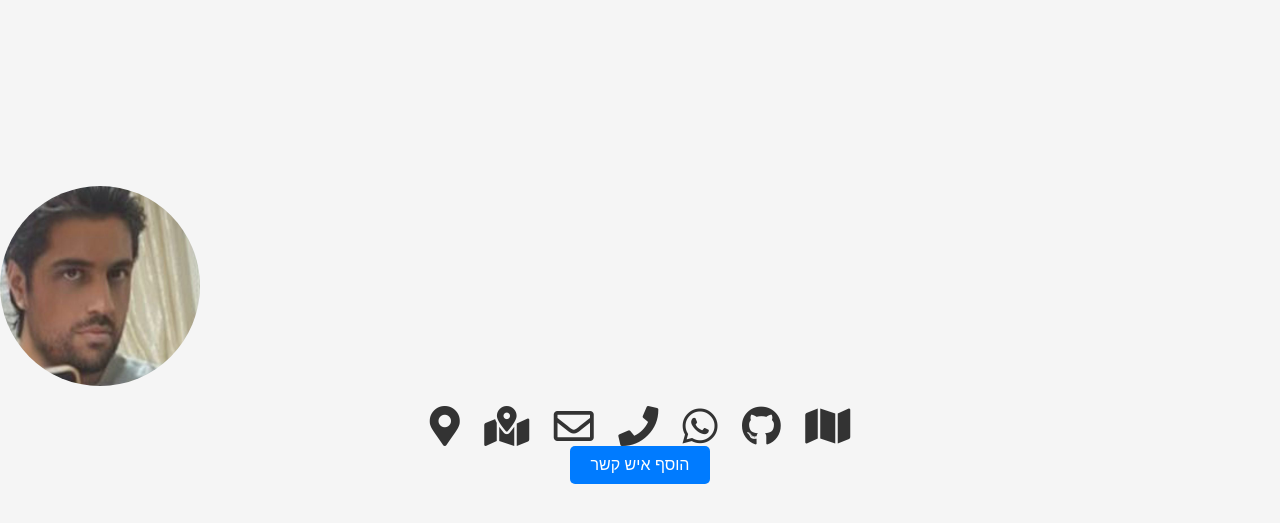
Repository: RL20/Business-Card
Page: index.html
An editor plug-in stored every save of this project. The page is shown before and after the next save, followed by the edit.
The browser window is 1280 px wide. The pictures show the whole page.

Above is the page before, as saved 2024-05-15 03:31:06.

### index.html
<!DOCTYPE html>
<html lang="en">
  <head>
    <meta charset="UTF-8" />
    <meta name="viewport" content="width=device-width, initial-scale=1.0" />
    <title>Contact Information</title>
    <link rel="stylesheet" href="https://cdnjs.cloudflare.com/ajax/libs/font-awesome/5.15.4/css/all.min.css" />
    <style>
      body {
        font-family: Arial, sans-serif;
        margin: 0;
        padding: 0;
        background-color: #f5f5f5;
        display: flex;
        flex-direction: column;
        /* justify-content: space-between; */
        justify-content: center;
        min-height: 100vh;
      }
      .icons {
        text-align: center;
        margin-top: 20px;
      }
      .icons i {
        font-size: 2.5rem;
        margin: 0 10px;
        color: #333;
        transition: color 0.3s;
      }
      .icons i:hover {
        color: gold;
      }
      .button-container {
        text-align: center;
        margin-bottom: 50px;
      }
      .button {
        background-color: #007bff;
        color: #fff;
        border: none;
        padding: 10px 20px;
        border-radius: 5px;
        cursor: pointer;
        font-size: 1rem;
        transition: background-color 0.3s;
      }
      .button:hover {
        background-color: #0056b3;
      }
      .profile-img {
        width: 200px;
        height: 200px;
        overflow: hidden;
        border-radius: 50%;
        display: flex;
        justify-content: center;
        align-items: center;
      }

      .profile-img img {
        width: 100%;
        height: 100%;
        object-fit: cover;
      }
    </style>
  </head>
  <body>
    <div class="profile-img">
      <img src="./RLS.png" alt="Profile Image" />
    </div>

    <div class="icons">
      <a href="https://www.waze.com/ul?q=חטיבת הנחל 16 חדרה" target="_blank"><i class="fas fa-map-marker-alt"></i></a>
      <a href="https://www.google.com/maps?q=חטיבת הנחל 16 חדרה" target="_blank"
        ><i class="fas fa-map-marked-alt"></i
      ></a>
      <a href="mailto:harel_shalom@yahoo.com"><i class="far fa-envelope"></i></a>
      <a href="tel:0526966833"><i class="fas fa-phone"></i></a>
      <a href="https://wa.me/972526966833" target="_blank"><i class="fab fa-whatsapp"></i></a>
      <a href="https://github.com/RL20" target="_blank"><i class="fab fa-github"></i></a>
      <a href="#" onclick="openNavigationApp(); return false;"><i class="fas fa-map"></i></a>
    </div>
    <div class="button-container">
      <button class="button" onclick="downloadVCard()">הוסף איש קשר</button>
    </div>

    <script>
      function openNavigationApp() {
        var app = prompt("באיזו אפליקציה תרצה לפתוח את הניווט?\n1. וויז\n2. גוגל מפות");
        var address = encodeURI("חטיבת הנחל 16 חדרה");
        if (app === "1") {
          window.location.href = "https://www.waze.com/ul?q=" + address;
        } else if (app === "2") {
          window.location.href = "https://www.google.com/maps?q=" + address;
        } else {
          alert("אנא בחר אפליקציה חוקית.");
        }
      }

      function downloadVCard() {
        var contactName = "_RLS_הראל שלום";
        var phoneNumber = "0526966833";
        var email = "harel_shalom@yahoo.com";
        var address = 'חטיבת הנח"ל 16, חדרה';
        var website = "https://rl20.github.io/Bussines-Card/";
        var title = "RLS פיתוח תוכנה";
        var photoURL = "https://raw.githubusercontent.com/RL20/Bussines-Card/main/RLS.png";

        var vCardData =
          "BEGIN:VCARD\n" +
          "VERSION:3.0\n" +
          "FN:" +
          contactName +
          "\n" +
          "TEL;TYPE=CELL:" +
          phoneNumber +
          "\n" +
          "EMAIL:" +
          email +
          "\n" +
          "ADR;TYPE=HOME:" +
          address +
          "\n" +
          "URL:" +
          website +
          "\n" +
          "TITLE:" +
          title +
          "\n" +
          "PHOTO;VALUE=URL:" +
          photoURL +
          "\n" +
          "END:VCARD";

        var blob = new Blob([vCardData], { type: "text/vcard" });
        var url = window.URL.createObjectURL(blob);
        var a = document.createElement("a");
        a.href = url;
        a.download = "contact.vcf";
        document.body.appendChild(a);
        a.click();
        document.body.removeChild(a);
      }
    </script>
  </body>
</html>

After the next save:
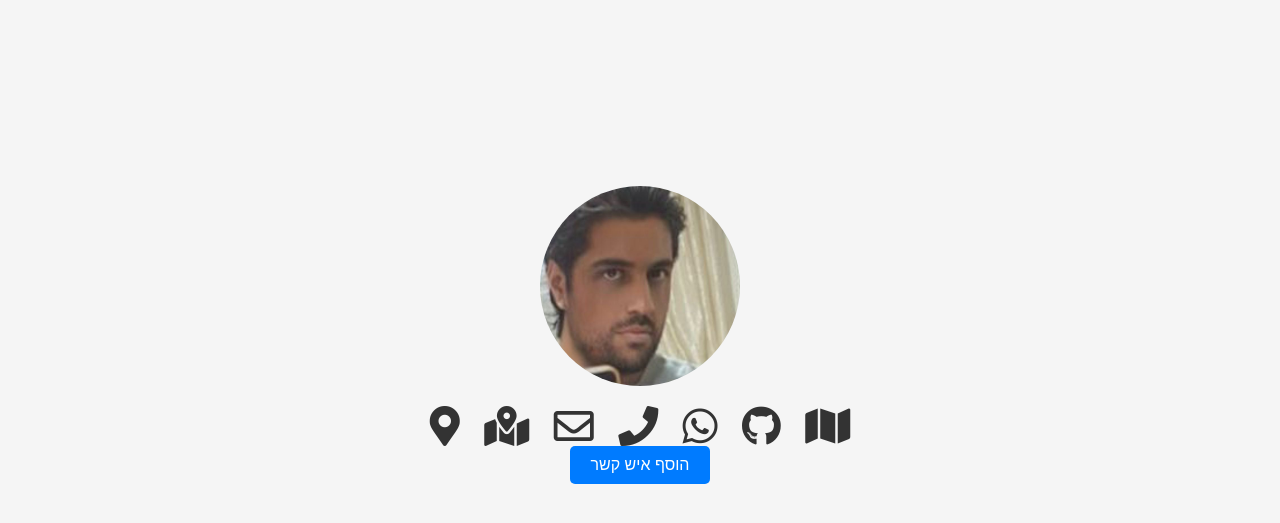
Saved 18 s later.
--- a/index.html
+++ b/index.html
@@ -13,8 +13,9 @@
         background-color: #f5f5f5;
         display: flex;
         flex-direction: column;
+        align-items: center;
+        justify-content: center;
         /* justify-content: space-between; */
-        justify-content: center;
         min-height: 100vh;
       }
       .icons {
